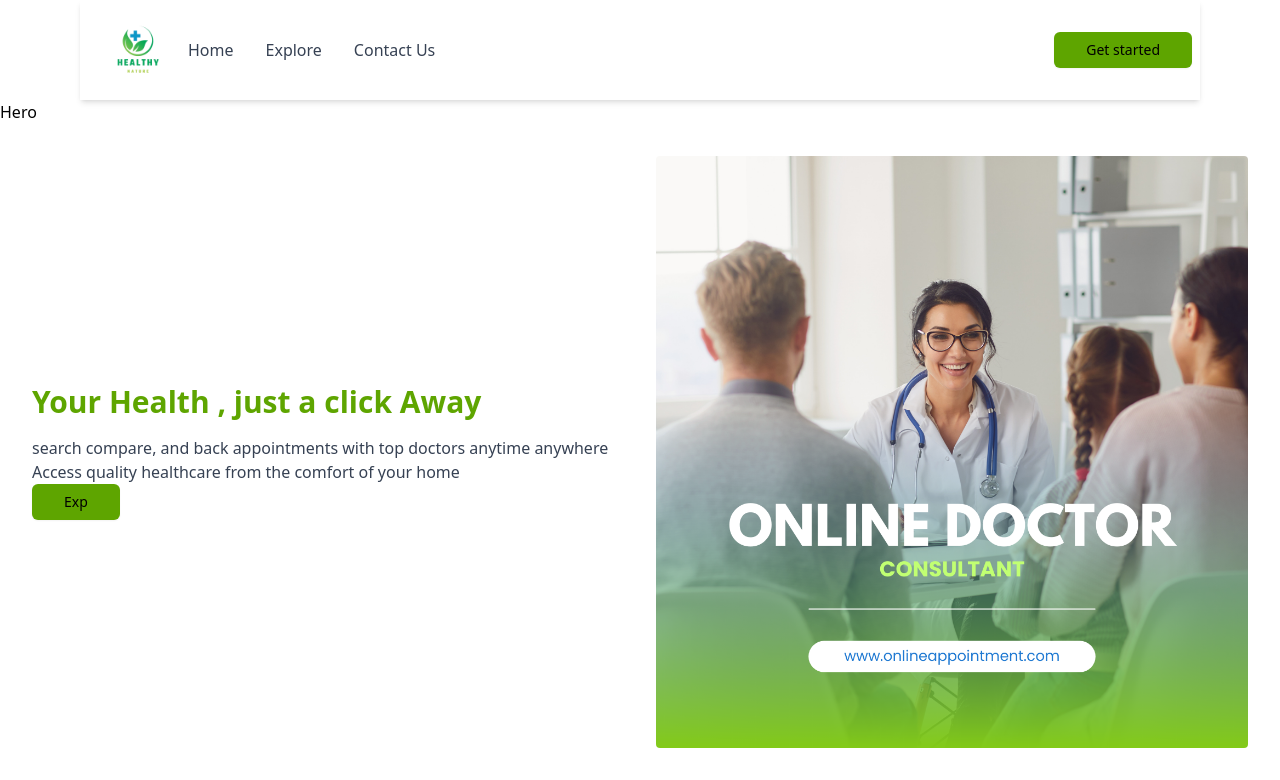
Repository: Muyassar-Mamdoh-Salem/appooinetment_app_frontend
Page: /
These files come from the project's save history. The page is drawn as it stood at one moment and after a run of saves; the edit follows.
The browser window is 1280 px wide. The pictures show the whole page.
The project was rebuilt for these pictures with package versions that can differ from the ones it lists, and the page was loaded fresh each time. The framework's server and built-in components were replaced by stand-ins that run in the browser. Also part of the build but not shown: next.config.mjs.

Above is the page before, as saved 2025-07-03 15:25:43.

### app/layout.js
import { Geist, Geist_Mono } from "next/font/google";
import "./globals.css";
import Header from "./_compnents/Header";
const geistSans = Geist({
  variable: "--font-geist-sans",
  subsets: ["latin"],
});

const geistMono = Geist_Mono({
  variable: "--font-geist-mono",
  subsets: ["latin"],
});

export const metadata = {
  title: "Create Next App",
  description: "Generated by create next app",
};

export default function RootLayout({ children }) {
  return (
    <html lang="en">
      <body
        className={`${geistSans.variable} ${geistMono.variable} antialiased`}
      >
        <div className=" md:px-20">
                 <Header />

        </div>
        {children}
      </body>
    </html>
  );
}

### app/page.js
import Image from "next/image";

// shad cn
import { Button } from "@/components/ui/button"
// component
import Hero from "./_compnents/Hero";
export default function Home() {
  return (
    <div className="">
<Hero/>

    </div>
  );
}

### app/_compnents/Header.jsx
import React from 'react';
import Image from 'next/image';
import Link from 'next/link';
import { Button } from '@/components/ui/button';

function Header() {
  const menu = [
    { id: 1, name: 'Home', path: '/' },
    { id: 2, name: 'Explore', path: 'Explore' },
    { id: 3, name: 'Contact Us', path: 'Contact Us' }
  ];

  return (
    <header className="bg-white shadow-md px-2 flex items-center justify-between    ">
      <div className="  flex items-center  ">
        {/* الشعار */}
        <div className="flex items-center gap-2">
          <Image src="/assets/image/logo.png" width={100} height={40} alt="logo" />

        </div>

        {/* القائمة */}
        <nav>
          <ul className="hidden md:flex gap-8 text-gray-700 font-medium">
            {menu.map((item) => (
              <li key={item.id}>
                <Link
                  href={item.path}
                  className="hover:text-lime-600 transition-all duration-200 cursor-pointer hover:scale-105 "
                >
                  {item.name}
                </Link>
              </li>
            ))}
          </ul>
        </nav>
      </div>
      <Button>Get started</Button>

    </header>
  );
}

export default Header;

### components/ui/button.jsx
import * as React from "react"
import { Slot } from "@radix-ui/react-slot"
import { cva } from "class-variance-authority";

import { cn } from "@/lib/utils"

const buttonVariants = cva(
  "inline-flex items-center justify-center gap-2 whitespace-nowrap rounded-md text-sm font-medium transition-all disabled:pointer-events-none disabled:opacity-50 [&_svg]:pointer-events-none [&_svg:not([class*='size-'])]:size-4 shrink-0 [&_svg]:shrink-0 outline-none focus-visible:border-ring focus-visible:ring-ring/50 focus-visible:ring-[3px] aria-invalid:ring-destructive/20 dark:aria-invalid:ring-destructive/40 aria-invalid:border-destructive",
  {
    variants: {
      variant: {
        default:
          "bg-lime-600 text-primary-foreground shadow-xs hover:bg-lime-700 cursor-pointer",
        destructive:
          "bg-destructive text-white shadow-xs hover:bg-destructive/90 focus-visible:ring-destructive/20 dark:focus-visible:ring-destructive/40 dark:bg-destructive/60",
        outline:
          "border bg-background shadow-xs hover:bg-accent hover:text-accent-foreground dark:bg-input/30 dark:border-input dark:hover:bg-input/50",
        secondary:
          "bg-secondary text-secondary-foreground shadow-xs hover:bg-secondary/80",
        ghost:
          "hover:bg-accent hover:text-accent-foreground dark:hover:bg-accent/50",
        link: "text-primary underline-offset-4 hover:underline",
      },
      size: {
        default: "h-9 px-8 py-2 has-[>svg]:px-3",
        sm: "h-8 rounded-md gap-1.5 px-3 has-[>svg]:px-2.5",
        lg: "h-10 rounded-md px-6 has-[>svg]:px-4",
        icon: "size-9",
      },
    },
    defaultVariants: {
      variant: "default",
      size: "default",
    },
  }
)

function Button({
  className,
  variant,
  size,
  asChild = false,
  ...props
}) {
  const Comp = asChild ? Slot : "button"

  return (
    <Comp
      data-slot="button"
      className={cn(buttonVariants({ variant, size, className }))}
      {...props} />
  );
}

export { Button, buttonVariants }

### app/_compnents/Hero.jsx
import { Button } from '@/components/ui/button'
import React from 'react'

function Hero() {
  return (
    <div>Hero
        <section>
  <div className="mx-auto max-w-screen-xl px-4 py-8 sm:px-6 lg:px-8">
    <div className="grid grid-cols-1 gap-4 md:grid-cols-2 md:items-center md:gap-8">
      <div>
        <div className="max-w-lg md:max-w-none">
          <h2 className="text-2xl font-semibold text-lime-600 sm:text-3xl">
          Your Health , just a click Away
          </h2>

          <p className="mt-4 text-gray-700">
           search compare, and back appointments with top doctors anytime anywhere Access quality healthcare from the comfort of your home
          </p>
          <Button>Exp</Button>
        </div>
      </div>

      <div>
        <img
        src='assets\image\hero.png'
          className="rounded"
          alt=""
        />
      </div>
    </div>
  </div>
</section>
    </div>
  )
}

export default Hero

Loaded but not shown: app/globals.css (common file); lib/utils.js (common file)

After the next 3 saves:
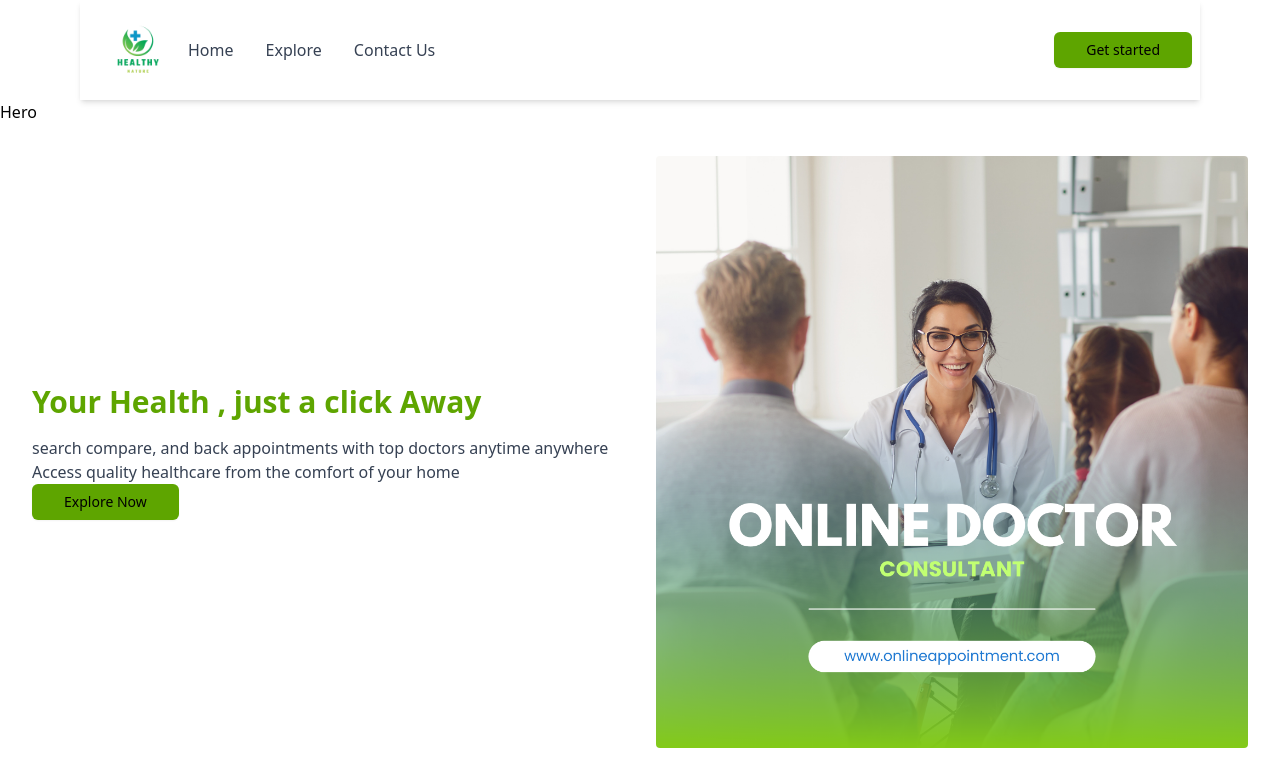
The 3 saves are shown as one change because they came seconds apart.
The last was saved 8 s later.
--- a/app/_compnents/Hero.jsx
+++ b/app/_compnents/Hero.jsx
@@ -16,7 +16,7 @@ function Hero() {
           <p className="mt-4 text-gray-700">
            search compare, and back appointments with top doctors anytime anywhere Access quality healthcare from the comfort of your home
           </p>
-          <Button>Exp</Button>
+          <Button>Explore Now</Button>
         </div>
       </div>
 
